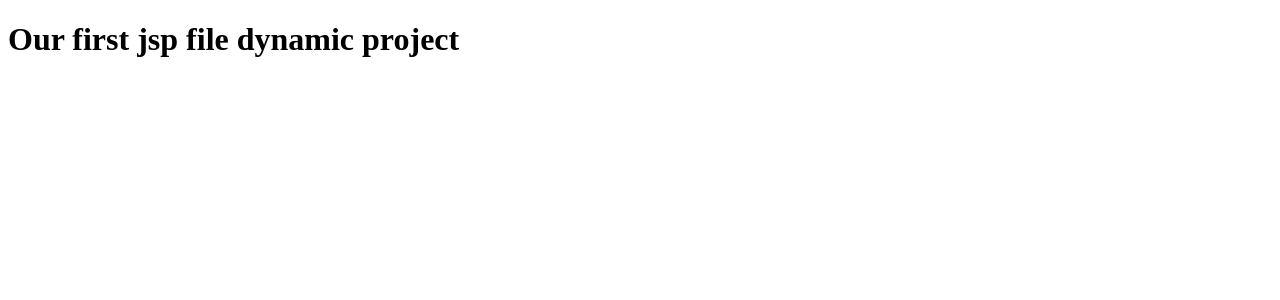
Repository: asifaftab87/advance-java
Page: http://localhost/first-web-project/
These files come from the project's save history. The page is drawn as it stood at one moment and after the next save; the edit follows.
The browser window is 1280 px wide. The pictures show the whole page.
The page is served by Tomcat 9. Other server files are loaded and not shown.

Above is the page before, as saved 2020-07-26 13:05:23.

### first-web-project/WebContent/index.jsp
<%@ page language="java" contentType="text/html; charset=ISO-8859-1"
    pageEncoding="ISO-8859-1"%>
<!DOCTYPE html>
<html>
<head>
<meta charset="ISO-8859-1">
<title>Insert title here</title>
</head>
<body>
<h1>Our first jsp file dynamic project</h1>
</body>
</html>

After the next save:
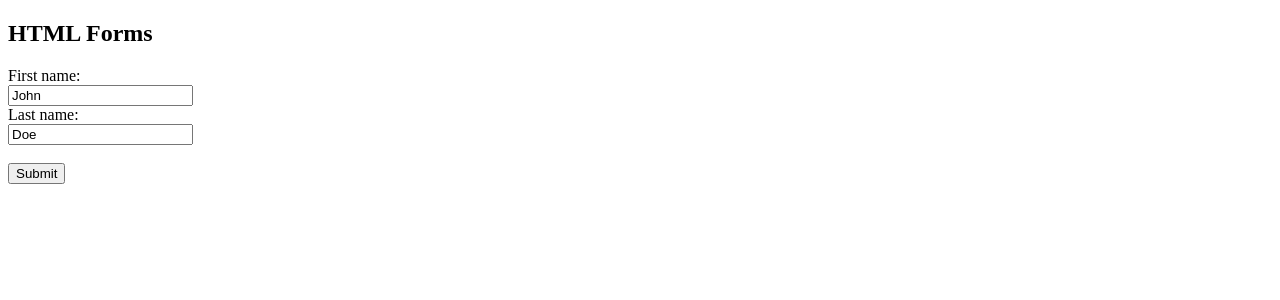
Saved 2 min 42 s later.
--- a/first-web-project/WebContent/index.jsp
+++ b/first-web-project/WebContent/index.jsp
@@ -2,11 +2,21 @@
     pageEncoding="ISO-8859-1"%>
 <!DOCTYPE html>
 <html>
-<head>
-<meta charset="ISO-8859-1">
-<title>Insert title here</title>
-</head>
-<body>
-<h1>Our first jsp file dynamic project</h1>
-</body>
+	<head>
+	<meta charset="ISO-8859-1">
+	<title>Insert title here</title>
+	</head>
+	<body>
+
+		<h2>HTML Forms</h2>
+
+		<form action="/action_page.php">
+		  <label for="fname">First name:</label><br>
+		  <input type="text" id="fname" name="fname" value="John"><br>
+		  <label for="lname">Last name:</label><br>
+		  <input type="text" id="lname" name="lname" value="Doe"><br><br>
+		  <input type="submit" value="Submit">
+		</form>
+
+	</body>
 </html>
